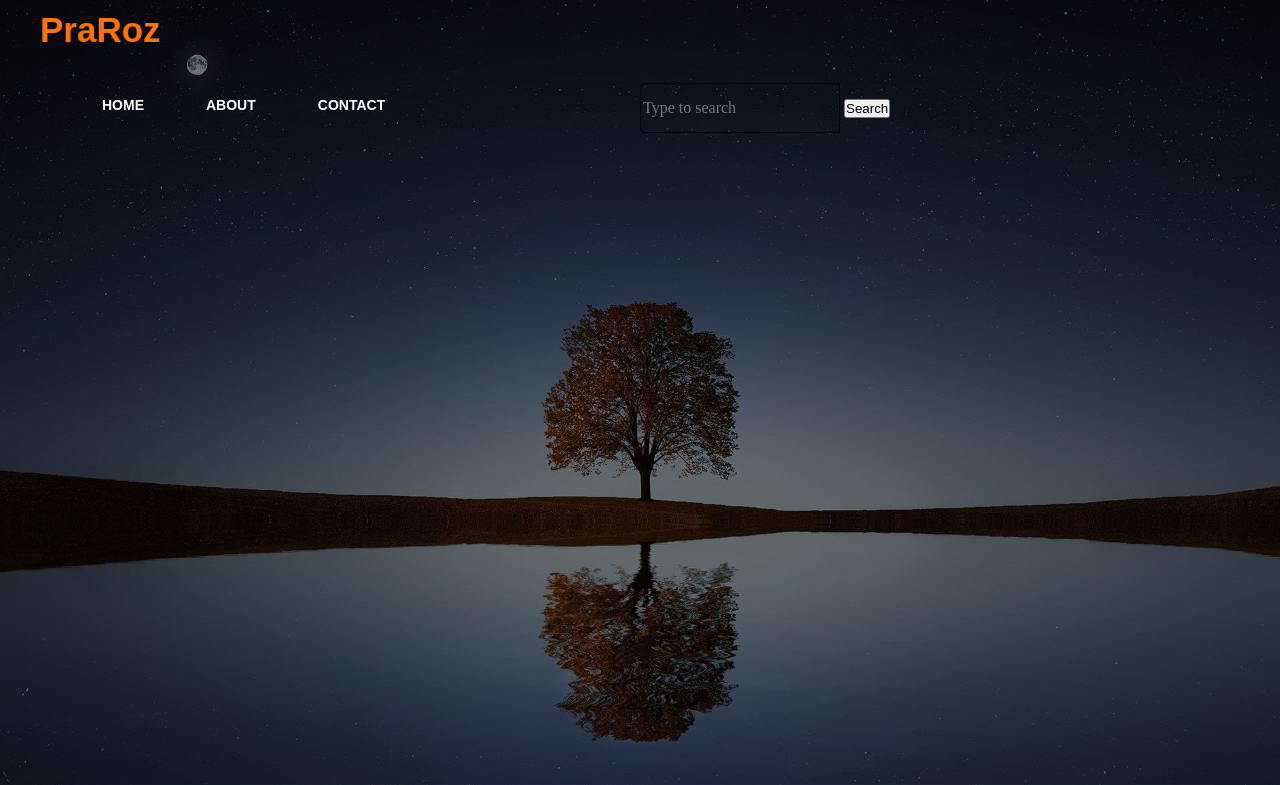
Repository: Cedrqmwesigwa/web-design-course
Page: index.html
The author's editor kept a copy of each file at every save. The page is drawn from the files as they stood at one save, then again after a run of saves.
The browser window is 1280 px wide. The pictures show the whole page.

Above is the page before, as saved 2024-04-03 20:01:23.

### index.html
<!DOCTYPE html>
<html lang="en">
<head>
    <title>My Website</title>
    <link rel="stylesheet" href="style.css"/>
</head>
<body>
    <div class="main">
        <div class="navbar">
            <div class="icon">
                <h2 class="logo">PraRoz</h2>
            </div>
            <div class="menu">
                <ul>
                    <li><a href="#">HOME</a></li>
                    <li><a href="#">ABOUT</a></li>
                    <li><a href="#">CONTACT</a></li>
                </ul>
            </div>
            <div class="search">
                <input type="search" class="srch" name="" placeholder="Type to search">
                <a href="#"><button class="btn">Search</button></a>
            </i></div>
        </div>
    </div>


</body>
</html>

### style.css
*{
    margin: 0;
    padding: 0;
}

.main{
    width: 100% ;
    background: linear-gradient(to top, rgba(0,0,0,0.5)50%, rgba(0, 0, 0, 0.5)50%), url(1.jpg);
    background-position: center;
    background-size: cover;
    height: 109vh;
}

.navbar{
    width: 1200px;
    height: 75px;
    margin:  auto;
}

.icon{
    width: 200px;
    font: left;
    height: 70px;
}

.logo {
    color: #ff7200;
    font-size: 35px;
    font-family: Arial;
    float: left;
    padding-top: 10px;
}

.menu{
    width: 400px;
    float: left;
    height: 70px;
}

ul{
    float: left;
    display: flex;
    justify-content: center;
    align-items: center;
}

ul li{
    list-style: none;
    margin-left: 62px;
    margin-top: 27px;
    font-size: 14px;
}

ul li a{
    text-decoration: none;
    color: white;
    font-family: Arial;
    font-weight: bold;
    transition: .4 ease-in-out;
}

ul li a:hover{
    color:#ff7200
}

.search{
    width: 330px;
    float: left;
    margin-left: 200px;
}

.srch{
    font-family: "Times New Roman";
    width: 200px;
    height: 50px;
    padding: 2px;
    background: transparent;
    border-top: 5px;
    border-bottom-left-radius: 5px;
    border-top-left-radius: 5px;
    font-size: 16px;
    color: white;
    margin-top:13px;
    border: 1px solid  #000;


}

After the next 3 saves:
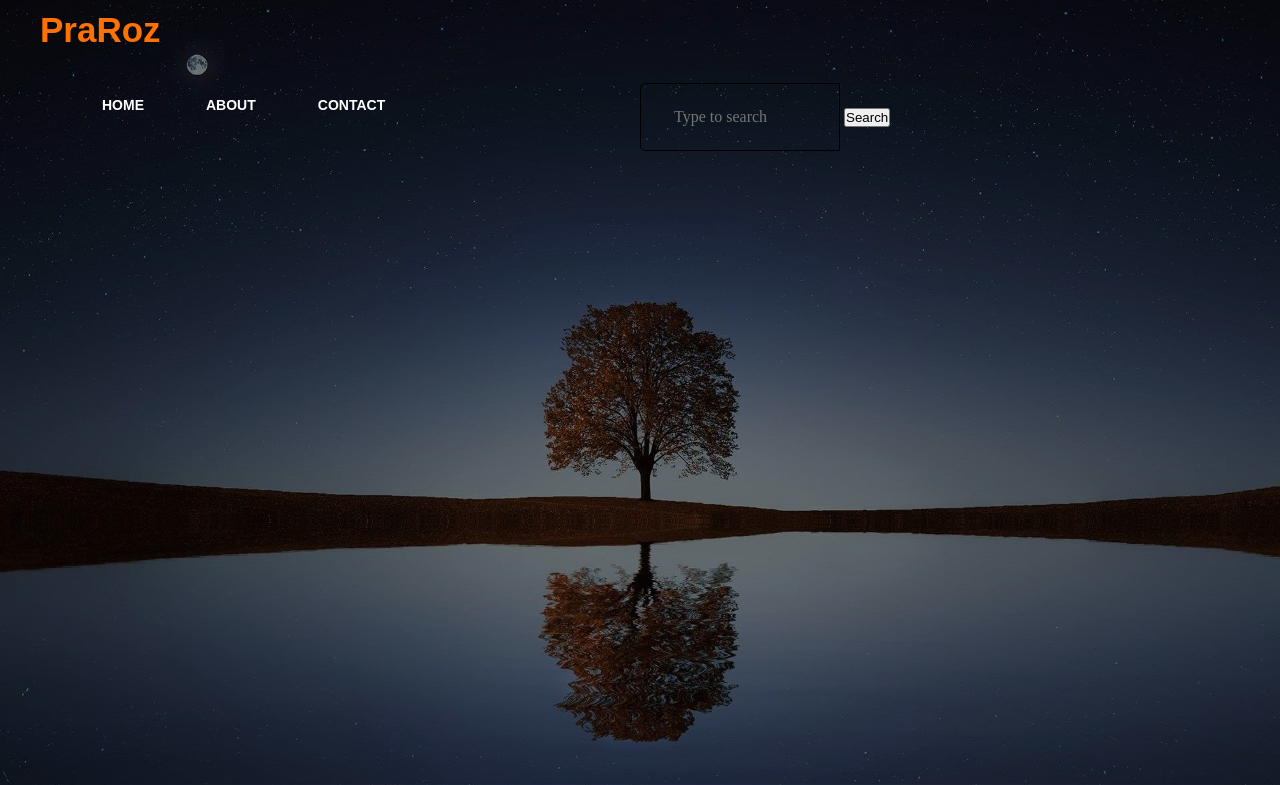
The 3 saves are shown as one change because they came seconds apart.
The last was saved 11 s later.
--- a/style.css
+++ b/style.css
@@ -73,7 +73,7 @@ ul li a:hover{
     font-family: "Times New Roman";
     width: 200px;
     height: 50px;
-    padding: 2px;
+    padding: 10%;
     background: transparent;
     border-top: 5px;
     border-bottom-left-radius: 5px;
